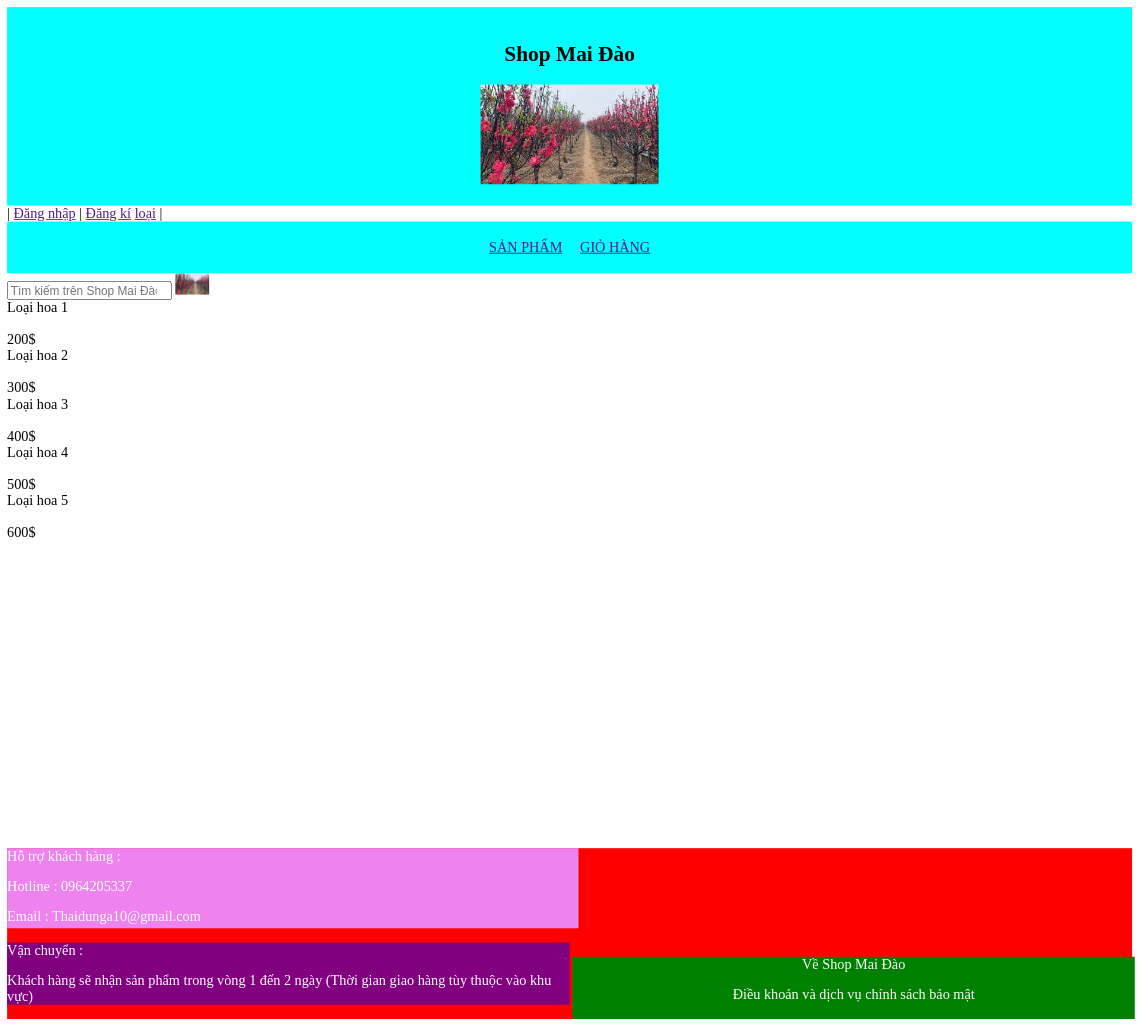
Repository: 08PS22617Dung/08-PS22617-D-ng
Page: agm2/index.html
The author's editor kept a copy of each file at every save. The page is drawn from the files as they stood at one save, then again after a run of saves.
The browser window is 1280 px wide. The pictures show the whole page, at 89% of full size.

Above is the page before, as saved 2022-02-14 09:06:54.
Not found: agm2/dangki.html
Not found: agm2/dangnhap.html

After the next 4 saves:
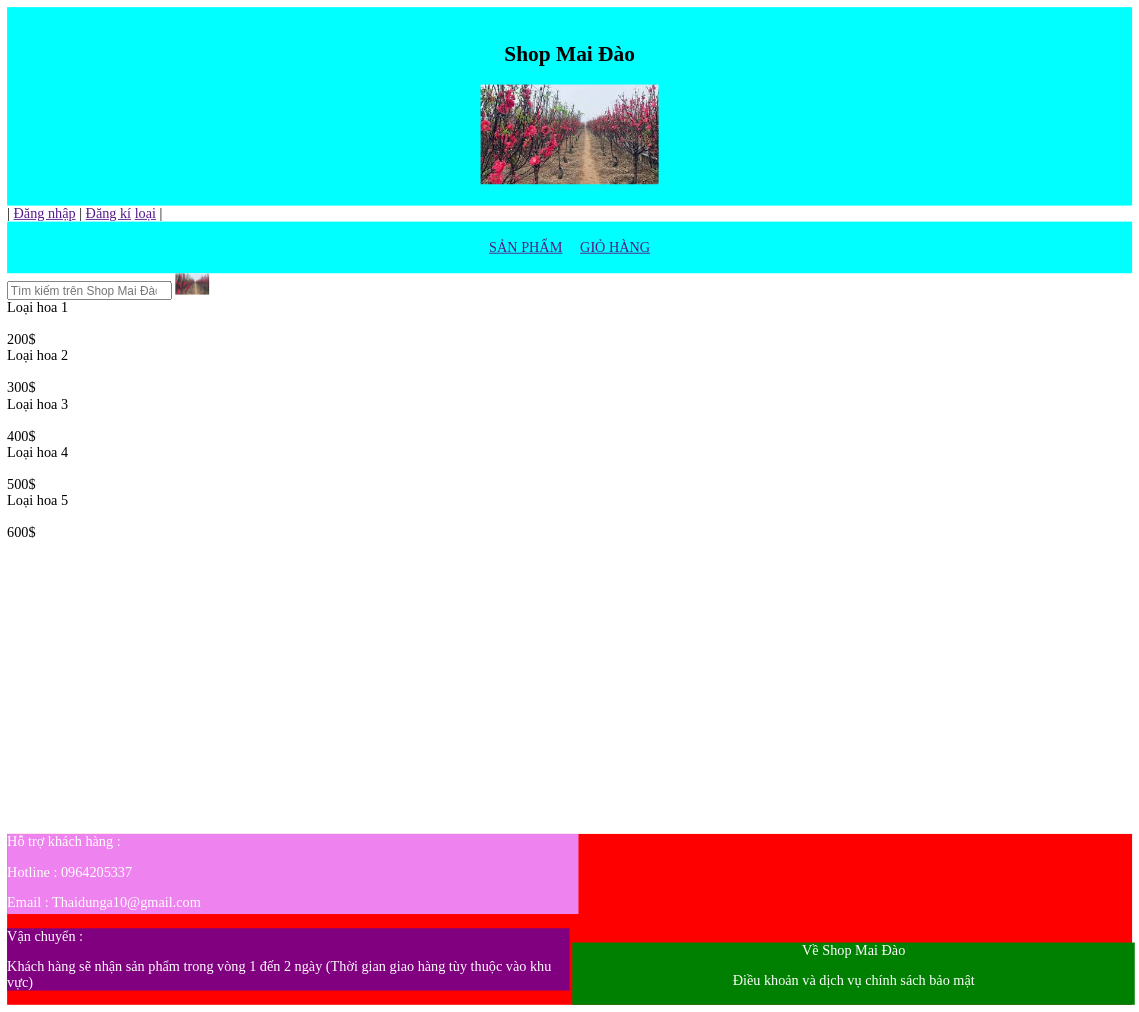
The 4 saves are shown as one change because they came seconds apart.
The last was saved 13 s later.
--- a/agm2/1.css
+++ b/agm2/1.css
@@ -6,7 +6,8 @@ nav{
 article {
     min-height: 600px;
     width: 100%;
-    float: ;
+    float: left;
+    background-color: ;
 }
 .box--1 {
     width: 50%;
